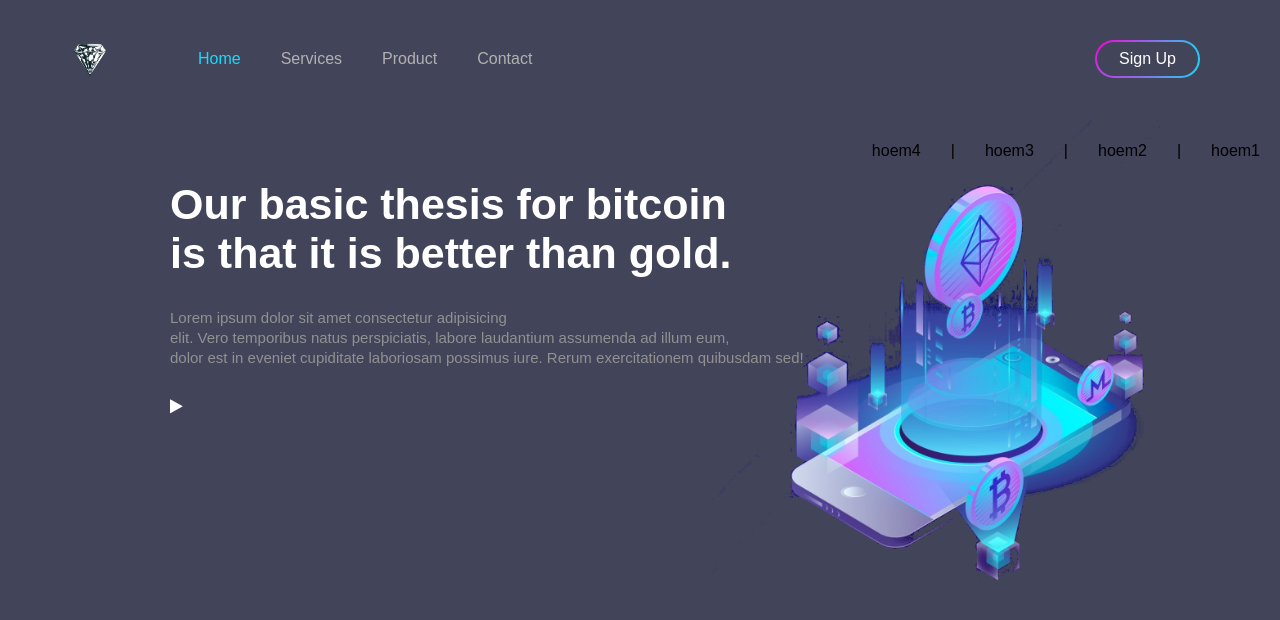
Repository: Aakarshit-Sharma19/Basic-HTML-and-CSS-Page-
Page: index.html
These files come from the project's save history. The page is drawn as it stood at one moment and after the next save; the edit follows.
The browser window is 1280 px wide. The pictures show the whole page.

Above is the page before, as saved 2020-11-10 16:42:35.

After the next save:
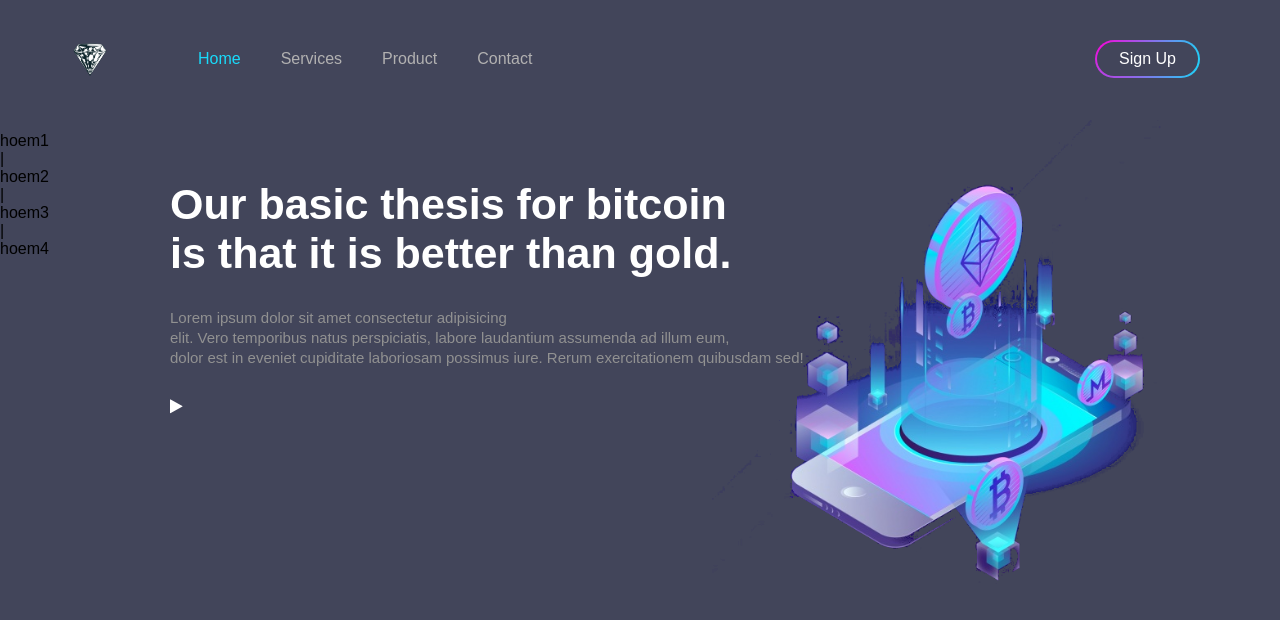
Saved 16 s later.
--- a/style.css
+++ b/style.css
@@ -96,16 +96,3 @@ body{
     margin-left: 40px;
     display: inline-flex;
 }
-
-.test {
-    display: flex;
-    flex-direction: row-reverse;
-}
-.test li {
-    list-style: none;
-    margin-right: 10px;
-    padding: 10px;
-}
-.test li:hover{
-    color: #19d7f8;
-}
